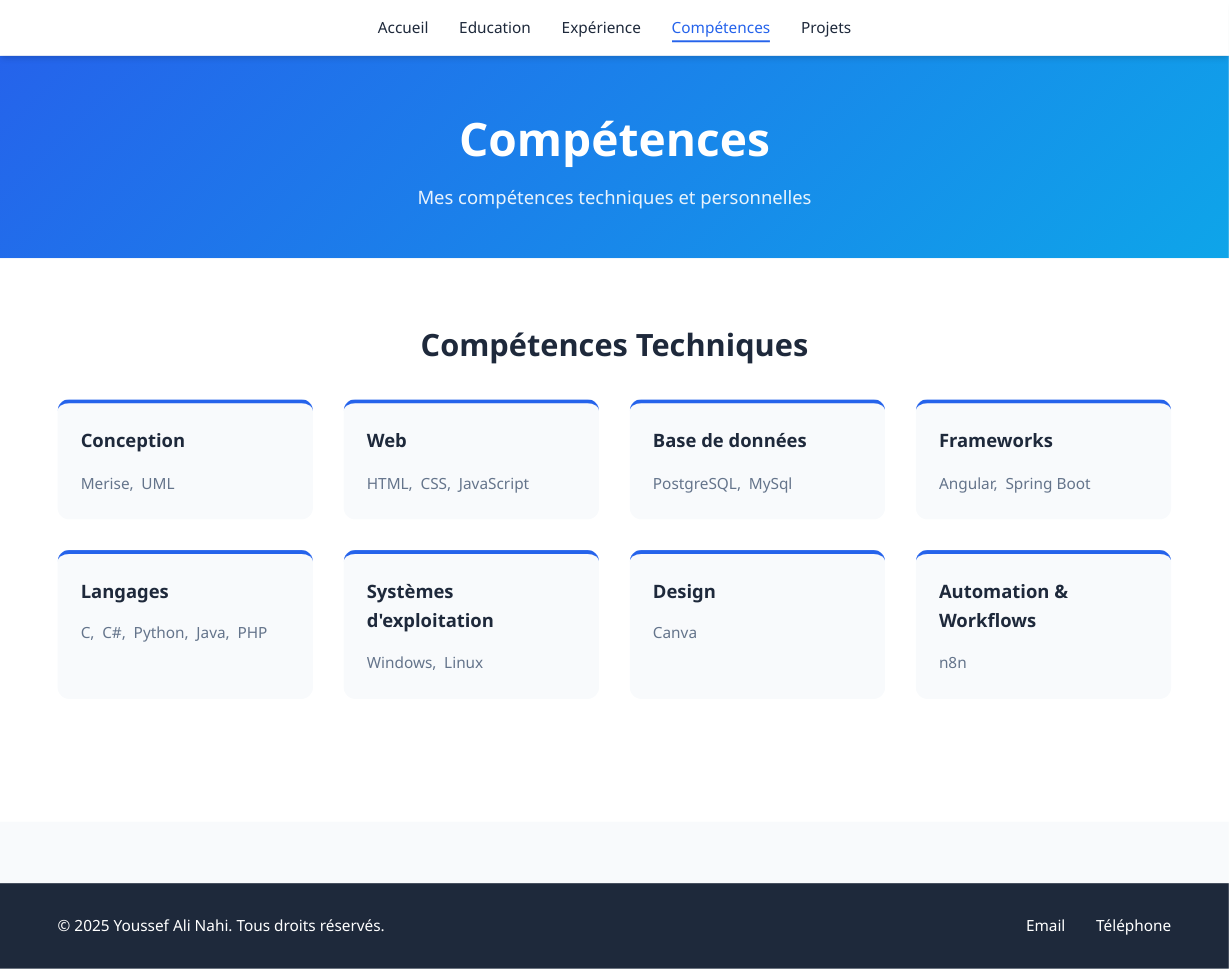
Repository: Youssef-Nahi504/My_Portfolio
Page: competences.html
The author's editor kept a copy of each file at every save. The page is drawn from the files as they stood at one save, then again after the next save.
The browser window is 1280 px wide. The pictures show the whole page, at 96% of full size.

Above is the page before, as saved 2025-12-21 14:31:29.
Console error: TypeError: Cannot set properties of null (setting 'textContent')

After the next save:
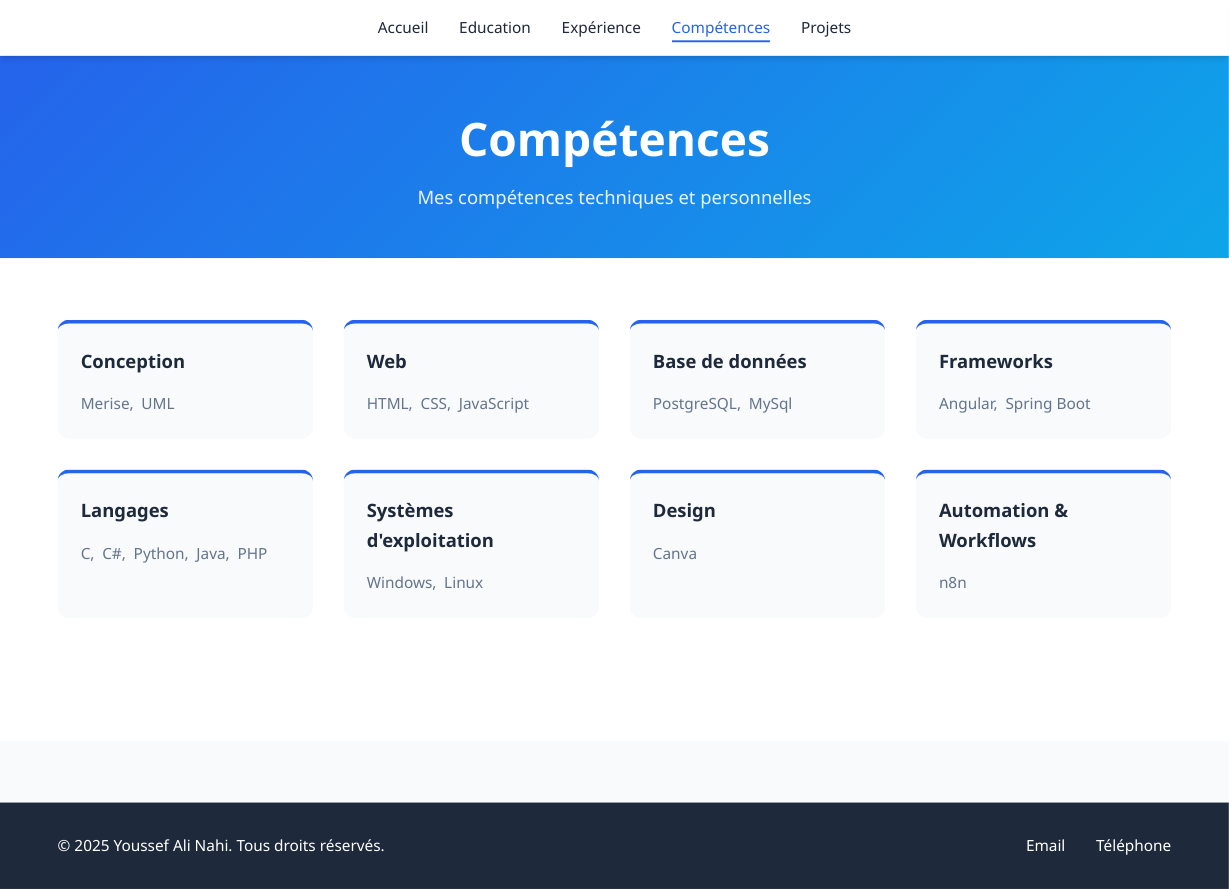
Saved 25 s later.
--- a/competences.html
+++ b/competences.html
@@ -35,7 +35,7 @@
         <section class="skills-section">
             <div class="container">
                 <div class="skills-category">
-                    <h2 class="category-title">Compétences Techniques</h2>
+                    <!-- <h2 class="category-title">Compétences Techniques</h2> -->
                     <div class="skills-grid">
                         <div class="skill-group">
                             <h3>Conception</h3>
